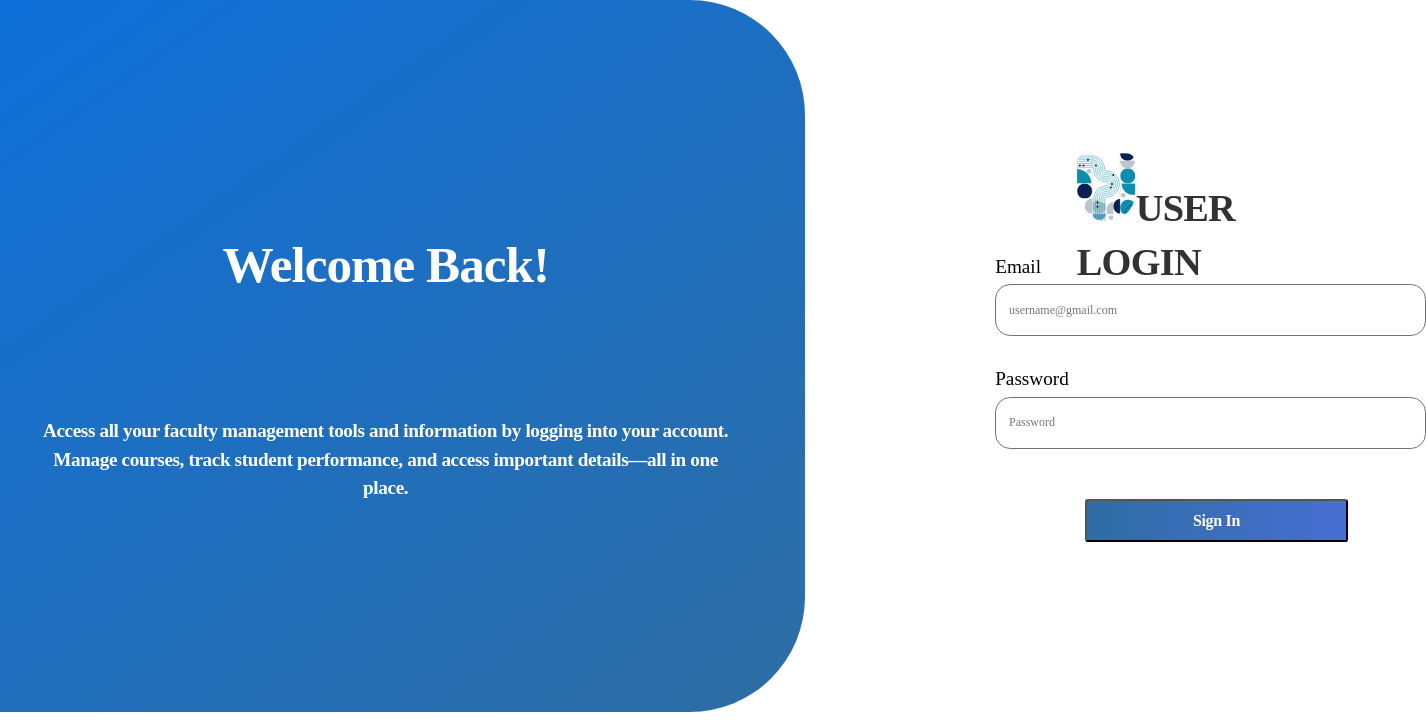
Repository: xedha/ProjetS4
Page: / (app in Frontend/)
These files come from the project's save history. The page is drawn as it stood at one moment and after the next save; the edit follows.
The browser window is 1280 px wide. The page is 1426 px wide, so the pictures cover 1426 px, including what lies to the right of the window. The pictures show the whole page.
The project was rebuilt for these pictures with package versions that can differ from the ones it lists, and the page was loaded fresh each time. Also part of the build but not shown: Frontend/vite.config.ts, Frontend/src/components/common/Header.css, Frontend/src/components/common/Header.tsx, Frontend/src/components/common/Sidebar.css, Frontend/src/components/common/Sidebar.tsx, Frontend/src/services/api.ts, Frontend/src/components/common/Search.tsx, Frontend/src/components/common/AddButton.tsx and 6 more.

Above is the page before, as saved 2025-04-13 20:07:42.

### Frontend/src/index.css
/* This file can be used for global styles that should be applied before App.css */
/* You can leave it empty if all styles are in App.css or component-specific CSS files */

/* CSS Variables for consistent theming */
:root {
  --color-primary: #1e88e5;
  --color-primary-dark: #1976d2;
  --color-primary-light: #bbdefb;

  --color-secondary: #f50057;

  --color-success: #4caf50;
  --color-warning: #ff9800;
  --color-error: #f44336;

  --color-gray-100: #f7fafc;
  --color-gray-200: #edf2f7;
  --color-gray-300: #e2e8f0;
  --color-gray-400: #cbd5e0;
  --color-gray-500: #a0aec0;
  --color-gray-600: #718096;
  --color-gray-700: #4a5568;
  --color-gray-800: #2d3748;
  --color-gray-900: #1a202c;

  --font-sans: -apple-system, BlinkMacSystemFont, "Segoe UI", Roboto, "Helvetica Neue", Arial, sans-serif;

  --shadow-sm: 0 1px 2px 0 rgba(0, 0, 0, 0.05);
  --shadow: 0 1px 3px 0 rgba(0, 0, 0, 0.1), 0 1px 2px 0 rgba(0, 0, 0, 0.06);
  --shadow-md: 0 4px 6px -1px rgba(0, 0, 0, 0.1), 0 2px 4px -1px rgba(0, 0, 0, 0.06);
  --shadow-lg: 0 10px 15px -3px rgba(0, 0, 0, 0.1), 0 4px 6px -2px rgba(0, 0, 0, 0.05);

  --border-radius-sm: 0.125rem;
  --border-radius: 0.25rem;
  --border-radius-md: 0.375rem;
  --border-radius-lg: 0.5rem;
  --border-radius-xl: 1rem;
}

/* Reset some browser defaults */
html,
body {
  margin: 0;
  padding: 0;
  height: 100%;
}

a {
  text-decoration: none;
  color: inherit;
}

img {
  max-width: 100%;
  height: auto;
}

### Frontend/src/App.tsx
"use client"

import type React from "react"
import { useState } from "react"
import { BrowserRouter as Router, Routes, Route, Navigate } from "react-router-dom"
import { LoginPage } from "./Pages/LoginPage"
import { TeacherManagementPage } from "./components/teachers/TeacherManagementPage"
import { TeachingManagementPage } from "./components/teaching/TeachingManagementPage"
import "./App.css"

/**
 * Main App Component
 *
 * This component serves as the entry point for the ExamTrack application.
 * It handles:
 * - Routing between different pages
 * - Authentication state management
 * - Protected routes that require authentication
 * - Redirects for unauthorized access attempts
 */

// Define the User interface to type-check the user state
interface User {
  email: string
  name: string
}

const App: React.FC = () => {
  // Authentication state management

  // User state to track authentication
  // null means not authenticated, object means authenticated
  const [user, setUser] = useState<User | null>(null)

  /**
   * Handle login functionality
   * In a real app, this would validate credentials with an API
   * @param data - Object containing email and password
   */
  const handleLogin = (data: { email: string; password: string }) => {
    // Log login attempt for debugging
    console.log("Login attempt with:", data)

    // For demo purposes, we'll just set a user without actual validation
    // In a production app, this would include API calls to validate credentials
    setUser({
      email: data.email,
      name: "Admin", // Changed from "John Doe" to "Admin"
    })
  }

  /**
   * Handle logout functionality
   * Clears the user state to null, effectively logging the user out
   */
  const handleLogout = () => {
    setUser(null)
  }

  return (
    <Router>
      <div className="app">
        <Routes>
          {/*
            Public routes - accessible without authentication
            If user is already logged in, redirect to teachers page
          */}
          <Route path="/login" element={user ? <Navigate to="/teachers" /> : <LoginPage onLogin={handleLogin} />} />

          {/*
            Protected routes - require authentication
            If user is not logged in, redirect to login page
          */}

          {/* Teacher Management route */}
          <Route path="/teachers" element={user ? <TeacherManagementPage /> : <Navigate to="/login" />} />

          {/* Teaching Management route */}
          <Route path="/teaching" element={user ? <TeachingManagementPage /> : <Navigate to="/login" />} />

          {/*
            Additional routes to be implemented:

            <Route
              path="/courses"
              element={
                user ? <CourseManagementPage /> : <Navigate to="/login" />
              }
            />

            <Route
              path="/exams"
              element={
                user ? <ExamSchedulingPage /> : <Navigate to="/login" />
              }
            />

            <Route
              path="/settings"
              element={
                user ? <SettingsPage /> : <Navigate to="/login" />
              }
            />
          */}

          {/*
            Root path redirect
            If user is logged in, go to teachers page, otherwise go to login
          */}
          <Route path="/" element={<Navigate to={user ? "/teachers" : "/login"} />} />

          {/* Redirect dashboard to teachers */}
          <Route path="/dashboard" element={<Navigate to="/teachers" />} />

          {/*
            Catch-all route for any undefined paths
            Redirects to teachers if logged in, or login if not
          */}
          <Route path="*" element={<Navigate to={user ? "/teachers" : "/login"} />} />
        </Routes>
      </div>
    </Router>
  )
}

export default App

### Frontend/src/Pages/LoginPage.tsx
import type React from "react"
import { LeftPanel } from "../components/login/LeftPanel"
import { RightPanel } from "../components/login/RightPanel"
import "./LoginPage.css"

interface LoginPageProps {
  onLogin: (data: { email: string; password: string }) => void
}

export const LoginPage: React.FC<LoginPageProps> = ({ onLogin }) => {
  return (
    <div className="login-page">
      <div className="login-container">
        <div className="login-left">
          <LeftPanel />
        </div>
        <div className="login-right">
          <RightPanel onLogin={onLogin} />
        </div>
      </div>
    </div>
  )
}

### Frontend/src/App.css
/* Reset and base styles */
* {
  box-sizing: border-box;
  margin: 0;
  padding: 0;
}

body {
  font-family: -apple-system, BlinkMacSystemFont, "Segoe UI", "Roboto", "Oxygen", "Ubuntu", "Cantarell", "Fira Sans",
    "Droid Sans", "Helvetica Neue", sans-serif;
  -webkit-font-smoothing: antialiased;
  -moz-osx-font-smoothing: grayscale;
  color: #333;
  line-height: 1.5;
}

.app {
  min-height: 100vh;
}

button {
  cursor: pointer;
}

/* Utility classes */
.sr-only {
  position: absolute;
  width: 1px;
  height: 1px;
  padding: 0;
  margin: -1px;
  overflow: hidden;
  clip: rect(0, 0, 0, 0);
  white-space: nowrap;
  border-width: 0;
}

### Frontend/src/components/login/LeftPanel.tsx
import type React from "react"
import "./LeftPanel.css"

export const LeftPanel: React.FC = () => {
  return (
    <div className="left-panel">
      <div className="left-panel-content">
        <h1 className="left-panel-title">Welcome Back!</h1>

        <p className="left-panel-text">
          Access all your faculty management tools and information by logging into your account. Manage courses, track
          student performance, and access important details—all in one place.
        </p>


      </div>
    </div>
  )
}

### Frontend/src/components/login/RightPanel.tsx
"use client"

import type React from "react"
import { useState } from "react"
import logo from './logo.svg';
import "./RightPanel.css"

interface LoginFormData {
  email: string
  password: string
}

interface RightPanelProps {
  onLogin: (data: LoginFormData) => void
}

export const RightPanel: React.FC<RightPanelProps> = ({ onLogin }) => {
  const [formData, setFormData] = useState<LoginFormData>({
    email: "",
    password: "",
  })

  const handleChange = (e: React.ChangeEvent<HTMLInputElement>) => {
    const { name, value } = e.target
    setFormData((prev) => ({ ...prev, [name]: value }))
  }

  const handleSubmit = (e: React.FormEvent) => {
    e.preventDefault()
    onLogin(formData)
  }

  return (
    <div className="right-panel">
      <div className="login-form-container">
        <div className="login-header">
        <img className="logo"  src={logo} alt="Logo" />
          <span className="login-title">USER LOGIN</span>
        </div>

        <form onSubmit={handleSubmit} className="login-form">
          <div className="form-group">
            <label htmlFor="email" className="form-label">
              Email
            </label>
            <input
              id="email"
              name="email"
              type="email"
              required
              value={formData.email}
              onChange={handleChange}
              className="form-input"
              placeholder="username@gmail.com"
            />
          </div>

          <div className="form-group">
            <label htmlFor="password" className="form-label">
              Password
            </label>
            <input
              id="password"
              name="password"
              type="password"
              required
              value={formData.password}
              onChange={handleChange}
              className="form-input"
              placeholder="Password"
            />
          </div>

          <button type="submit" className="login-button">
            Sign In
          </button>
        </form>
      </div>
    </div>
  )
}

### Frontend/src/Pages/LoginPage.css
.login-page {
  min-height: 100vh;
  height: 100vh;
  width: 100%;
  display: flex;
  overflow: hidden;
}

.login-container {
  width: 100%;
  height: 100%;
  display: flex;
}

.login-left {
  width: 52.875rem;
  height: 100%;
  flex-shrink: 0;
}

.login-right {
  width: 60%;
  height: 100%;
}

@media (max-width: 768px) {
  .login-container {
    flex-direction: column;
  }

  .login-left,
  .login-right {
    width: 100%;
    height: 50%;
  }
}

### Frontend/src/components/login/LeftPanel.css
@import url('https://fonts.googleapis.com/css2?family=Montserrat:wght@400;500;700&display=swap');


html {
  font-size: min(1vw, 1.8vh); /* Adapts to both width and height */
}


.left-panel {
  width: 62.875rem;
  height: 55.6rem;
  border-radius: 0rem 9rem 9rem 0rem;
  background: linear-gradient(325deg, #2E6DA4 0.74%, #0F70DA 100%);
  flex-shrink: 0;


  position: absolute; /* This is required */
  /* Adjusted to lower the button */
  left: 0;

}



  .left-panel-title {
    width: 54.38681rem;
    height: 6.74rem;
    flex-shrink: 0;
    color: var(--White, #FFF);
    font-family: Poppins;
    font-size: 4rem;
    font-style: normal;
    font-weight: 600;
    line-height: 150%;
    letter-spacing: -0.08rem;
    text-align: center;
    position: absolute; /* This is required */
    /* Adjusted to lower the button */
    top : 17.75rem;
    left : 2.94rem;

  }


  .left-panel-text {

    width: 54.375rem;
    height: 7.5625rem;
    flex-shrink: 0;
    color: var(--White, #FFF);
    font-family: Poppins;
    font-size: 1.5rem;
    font-style: normal;
    font-weight: 600;
    line-height: 150%;
    letter-spacing: -0.03rem;
    text-align: center;

    position: absolute; /* This is required */
    /* Adjusted to lower the button */
  top : 32.56rem;
  left : 2.94rem;
  }

### Frontend/src/components/login/RightPanel.css

@import url('https://fonts.googleapis.com/css2?family=Montserrat:wght@400;500;700&display=swap');


html {
  font-size: min(1vw, 1.8vh); /* Adapts to both width and height */
}



  .login-form-container {

    max-width: 25rem;
    height: 45rem;

  }

  .login-header {
    color: var(--Black, #1D1D1D);
    font-family: Poppins;
    font-size: 3rem;
    font-style: normal;
    font-weight: 600;
    line-height: 140%;
    letter-spacing: -0.06rem;

    position: absolute;

   left : 84.12rem;
    top: 11.94rem;
    bottom: ;
  }

  .login-title {
    color: var(--Black, #323232);

    font-size: 3rem;
    font-style: normal;
    font-weight: 600;
    line-height: 1rem;
    letter-spacing: -0.06rem;


  }

  .login-form {
    display: flex;
    flex-direction: column;
    gap: 2.5rem;
    justify-content: center;
    position: absolute;

    left : 77.75rem;
     top: 20rem;
     bottom: ;

  }

  .form-group {
    display: flex;
    flex-direction: column;
    gap: 0.5rem;

  }

  .form-label {
    color: #000;
    font-family: Poppins;
    font-size: 1.5rem;
    font-style: normal;
    font-weight: 400;
    line-height: normal;

  }

  .form-input {
   display: flex;
   width: 33.625rem;
   height: 4.0625rem;
   overflow: hidden;
   padding: 1rem;
   border-radius: 1.1875rem;
   border: 0.711px solid #6F7274;
   background: #FFF;
   align-items: center;
   gap: 0.625rem;
   flex-shrink: 0;
   color: #6F7274;
   font-family: Poppins;
   font-size: 0.9375rem;
   font-style: normal;
   font-weight: 400;
   line-height: normal;


  }

  .form-input:focus {
    border-color: #1e88e5;
    box-shadow: 0 0 0 2px rgba(30, 136, 229, 0.2);

    display: flex;
    justify-content: center;
  }

  .login-button {
      display: flex;
      width: 20.577rem;
      height: 3.38188rem;
      justify-content: center;
      align-items: center;
      flex-shrink: 0;
        border-radius: 0.2205rem;
        background: linear-gradient(90deg, #2E6DA4 0%, #476ED0 94.4%);
        color: #FFFAFA;
        font-family: Poppins;
        font-size: 1.25rem;
        font-style: normal;
        font-weight: 600;
        line-height: normal;
        letter-spacing: -0.025rem;

        position: absolute;

        left : 7rem;
         top: 19rem;
         bottom: ;

  }

  .login-button:hover {
    background-color: #1976d2;
  }

  .logo{


  }

### Frontend/src/components/common/search.module.css
@import url("https://fonts.googleapis.com/css2?family=Montserrat:wght@400;500;700&display=swap");
/* From Uiverse.io by alexruix */
.group {
  display: flex;
  width: 60rem; /* Reduced from 72.5rem to make it less wide */
  height: 3.75rem;
  overflow: hidden;

  border-radius: 2rem;
  border: 1px solid #9a9696;
  box-shadow: 0px 4px 12px 0px rgba(13, 10, 44, 0.06);
  background: var(--White-White, #fff);
  align-items: center;
  gap: 0.375rem;
  flex-shrink: 0;

  position: relative; /* Changed from absolute to relative for better layout control */
  margin: 0 auto; /* Center the search bar */
}

.input {
  width: 100%;
  height: 40px;
  line-height: 28px;
  padding: 0 1rem;
  padding-left: 2.5rem;
  border: 2px solid transparent;
  border-radius: 8px;
  outline: none;
  background-color: #ffffff;
  color: #0d0c22;
  transition: .3s ease;
  color: var(--Gray, #abb7c2);
  font-family: Poppins, sans-serif;
  font-size: 1.125rem;
  font-style: normal;
  font-weight: 400;
  line-height: normal;

  display: flex;
  width: 60rem; /* Reduced from 72.5rem to match the container */
  height: 3.75rem;
  overflow: hidden;
  padding-left: 3rem;
  border-radius: 2rem;
  border: 1px solid #9a9696;
  box-shadow: 0px 4px 12px 0px rgba(13, 10, 44, 0.06);
  background: var(--White-White, #fff);
  align-items: center;
  gap: 0.375rem;
  flex-shrink: 0;
}

.input::placeholder {
  color: #9e9ea7;
}

.input:focus,
.input:hover {
  outline: none;
  border-color: #1cd8d2;
  border-radius: 2rem;
  border: 5px solid #1cd8d2;
  background-color: #fff;
  box-shadow: 0 0 0 6px rgb(234 76 137 / 10%);
  color: #53535f;
}

.icon {
  position: absolute;
  left: 1rem;
  fill: #9e9ea7;
  width: 1rem;
  height: 1rem;
  display: flex;
  padding: 0;
  align-items: center;
  gap: 0.625rem;

  width: 1.5rem;
  height: 1.5rem;
}

### Frontend/src/components/common/addbutton.module.css
@import url("https://fonts.googleapis.com/css2?family=Montserrat:wght@400;500;700&display=swap");

.addbuttongreen {
  position: absolute; /* This is required */
  top: 0.5rem; /* Adjusted to lower the button */
  right: 0;

  display: flex;
  width: 10.625rem;
  height: 2.9375rem;
  padding: 0.5rem 0.75rem;
  justify-content: center;
  align-items: center;
  gap: 0.5rem;
  flex-shrink: 0;
  border-radius: 0.5rem;
  background: var(--2nd, linear-gradient(90deg, #0B8FAC 0%, #043A46 100%));
  color: #fff;
  font-family: Montserrat, sans-serif;
  font-size: 0.9375rem;
  font-style: normal;
  font-weight: 700;
  line-height: normal;
  border: none;
  cursor: pointer;
}

.addbuttongreen:hover {
  background-color: #0B8FAC;
  box-shadow: 0px 15px 20px rgba(20, 133, 154, 0.4);
  color: #fff;
  transform: translateY(-7px);
}

.addbuttongreen:active {
  transform: translateY(-1px);
}
.add {
  width: 1.25rem;
  height: 1.0625rem;
  flex-shrink: 0;
}

### Frontend/src/components/common/table.module.css
@import url("https://fonts.googleapis.com/css2?family=Montserrat:wght@400;500;700&display=swap");

.tableContainer {
  width: 100%;
  overflow-x: auto;
  margin-top: 1.5rem;
  border-radius: 1rem;
  box-shadow: 0px 4px 12px 0px rgba(13, 10, 44, 0.06);
}

.table {
  width: 100%;
  border-collapse: collapse;
  border-radius: 1rem;
  overflow: hidden;
}

.tableHeader {
  height: 4.5625rem;
  border-radius: 1rem 1rem 0rem 0rem;
  border: 1px solid #000;
  box-shadow: 0px 4px 4px 0px rgba(0, 0, 0, 0.25);
  background: linear-gradient(180deg, #45d699 0%, #08b2ac 100%);
  position: sticky;
  top: 0;
  z-index: 10;
}

.tableHeaderCell {
  color: #fff;
  font-family: Montserrat, sans-serif;
  font-size: 0.875rem;
  font-weight: 700;
  padding: 1rem;
  text-align: left;
}

.tableRow {
  height: 4.625rem;
  border: 1px solid #e2e8f0;
}

.tableRow:nth-child(odd) {
  background-color: #eaf2f9;
}

.tableRow:nth-child(even) {
  background-color: white;
}

.tableRow:last-child {
  border-radius: 0rem 0rem 1rem 1rem;
}

.tableCell {
  padding: 1rem;
  color: #000;
  font-family: Montserrat, sans-serif;
  font-size: 0.99rem;
  font-weight: 500;
}

.actionCell {
  display: flex;
  align-items: center;
  gap: 0.5rem;
  padding: 1rem;
}

.editButton {
  width: 2rem;
  height: 2rem;
  background-color: #ebf8ff;
  color: #4299e1;
  border: none;
  border-radius: 0.375rem;
  display: flex;
  align-items: center;
  justify-content: center;
  cursor: pointer;
  transition: background-color 0.2s;
}

.editButton:hover {
  background-color: #bee3f8;
}

.deleteButton {
  width: 2rem;
  height: 2rem;
  background-color: #fff5f5;
  color: #f56565;
  border: none;
  border-radius: 0.375rem;
  display: flex;
  align-items: center;
  justify-content: center;
  cursor: pointer;
  transition: background-color 0.2s;
}

.deleteButton:hover {
  background-color: #fed7d7;
}

.statusBadge {
  display: inline-block;
  padding: 0.25rem 0.75rem;
  border-radius: 9999px;
  font-size: 0.75rem;
  font-weight: 600;
  text-transform: uppercase;
}

.statusAdmin {
  background-color: #e6fffa;
  color: #38b2ac;
}

.statusMed {
  background-color: #ebf8ff;
  color: #4299e1;
}

.statusMutated {
  background-color: #fffaf0;
  color: #ed8936;
}

.statusRetired {
  background-color: #fff5f5;
  color: #f56565;
}

.teacherAvatar {
  width: 2rem;
  height: 2rem;
  border-radius: 50%;
  background-color: #e2e8f0;
  margin-right: 0.75rem;
}

.teacherCode {
  display: flex;
  align-items: center;
}

.pagination {
  display: flex;
  justify-content: center;
  gap: 0.5rem;
  margin-top: 1.5rem;
  margin-bottom: 1.5rem;
}

.paginationButton,
.paginationNumber {
  display: flex;
  align-items: center;
  justify-content: center;
  min-width: 2rem;
  height: 2rem;
  padding: 0 0.5rem;
  border: 1px solid #e2e8f0;
  border-radius: 0.375rem;
  background-color: white;
  color: #4a5568;
  font-size: 0.875rem;
  cursor: pointer;
  transition: all 0.2s;
}

.paginationButton:disabled {
  opacity: 0.5;
  cursor: not-allowed;
}

.paginationNumber.active {
  background-color: #0b8fac;
  color: white;
  border-color: #0b8fac;
}

.paginationButton:not(:disabled):hover,
.paginationNumber:not(.active):hover {
  background-color: #f7fafc;
}

.paginationEllipsis {
  display: flex;
  align-items: center;
  justify-content: center;
  min-width: 2rem;
  height: 2rem;
  color: #4a5568;
}

.tooltip {
  position: absolute;
  background-color: #f56565;
  color: white;
  padding: 0.5rem;
  border-radius: 0.375rem;
  font-size: 0.75rem;
  opacity: 0;
  pointer-events: none;
  transition: opacity 0.3s;
  white-space: nowrap;
}

.deleteButton:hover .tooltip {
  opacity: 1;
}

Loaded but not shown: Frontend/index.html (common file); Frontend/src/main.tsx (common file)

After the next save:
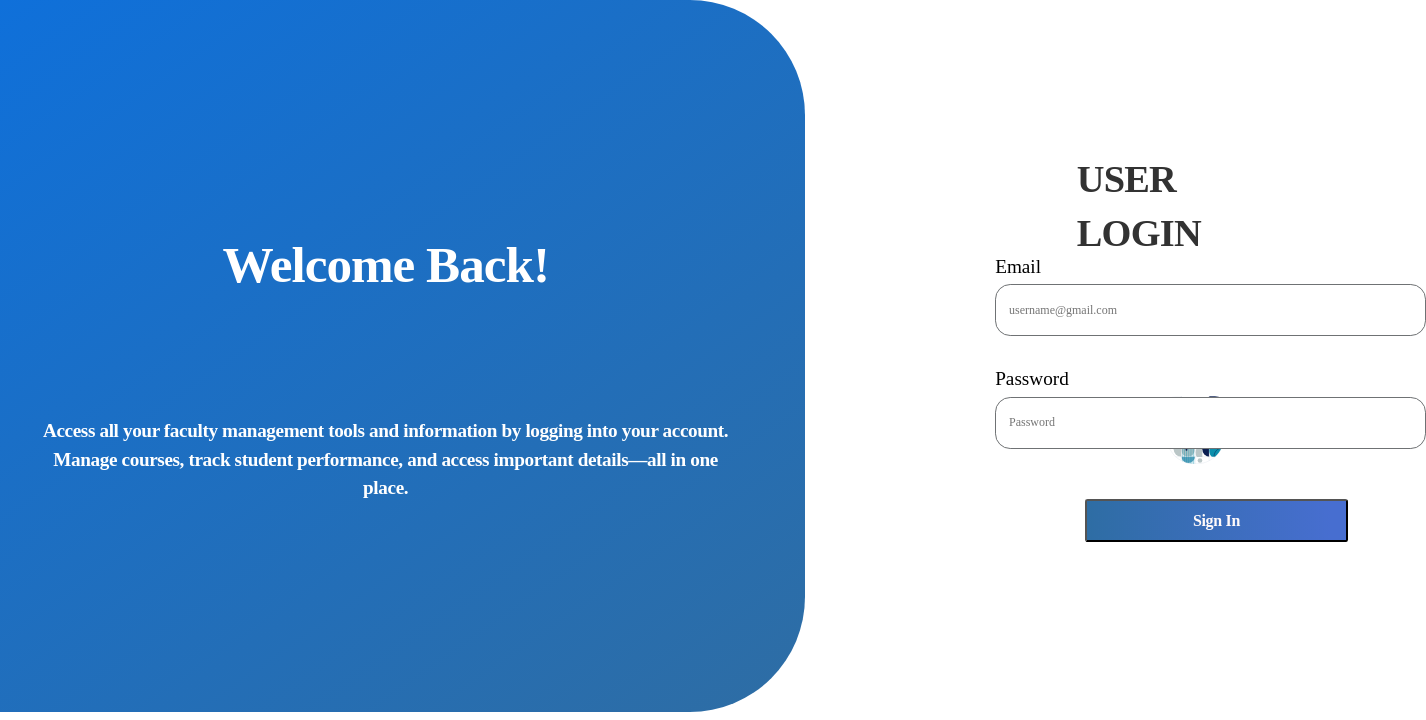
Saved 5 s later.
--- a/Frontend/src/components/login/RightPanel.css
+++ b/Frontend/src/components/login/RightPanel.css
@@ -133,6 +133,10 @@ html {
   }
 
   .logo{
+    position: absolute;
 
+    left : 7rem;
+     top: 19rem;
+     bottom: ;
 
   }
